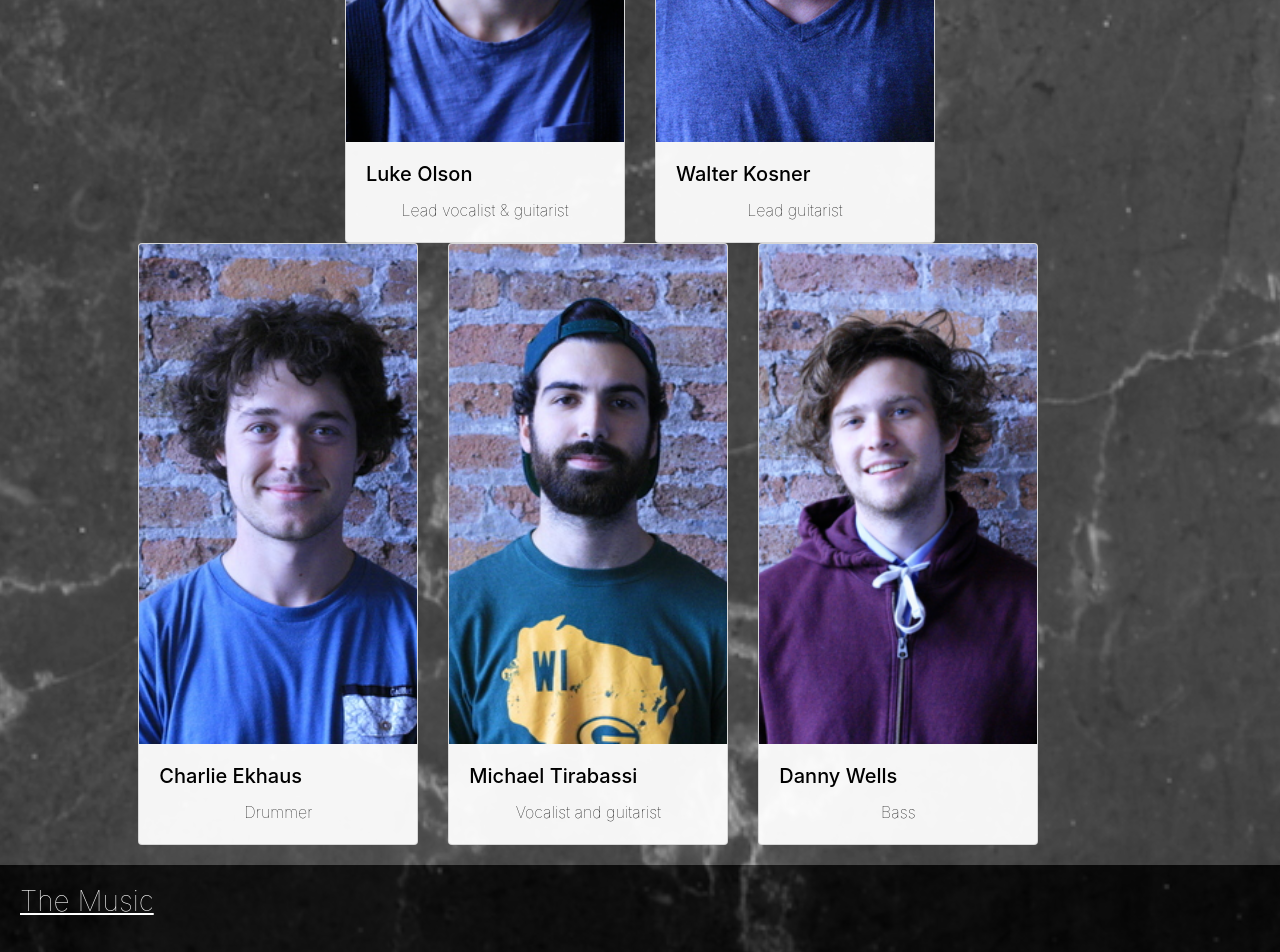
Repository: yucheng91/CIassignment1
Page: index.html
The author's editor kept a record of every edit. The page is drawn from the files as they stood at one moment, then again after the next edit.
The browser window is 1280 px wide. The pictures show the part of the page from y = 2425 to 3377 px (the page is 4621 px tall).
Pictures or frames that could not be fetched are drawn as grey boxes.

Above is the page before.

### index.html
<!doctype html>
<html lang="en">
  <head>
    <!-- Required meta tags -->
    <meta charset="utf-8">
    <meta name="viewport" content="width=device-width, initial-scale=1, shrink-to-fit=no">

    <!-- Bootstrap CSS -->
    <link rel="stylesheet" href="https://stackpath.bootstrapcdn.com/bootstrap/4.3.1/css/bootstrap.min.css" integrity="sha384-ggOyR0iXCbMQv3Xipma34MD+dH/1fQ784/j6cY/iJTQUOhcWr7x9JvoRxT2MZw1T" crossorigin="anonymous">
    <link rel="stylesheet" href="style.css" type="text/css" />
    <link rel="stylesheet" href="https://maxcdn.bootstrapcdn.com/font-awesome/4.7.0/css/font-awesome.min.css" type="text/css" />
    <title>The Walters</title>
  </head>

  <body>
    <header>
      <div class="container-fluid">
      <div class="row">
        <div class="col-10">
          <h1>THE WALTERS</h1>
        </div>
        <div class="col-2">
          <a href="https://www.facebook.com"><i class="fa fa-facebook-square fa-2x" aria-hidden="true"></i></a>
          <a href="https://www.twitter.com"><i class="fa fa-twitter-square fa-2x" aria-hidden="true"></i></a>
          <a href="https://www.youtube.com"><i class="fa fa-youtube-square fa-2x" aria-hidden="true"></i></a>
        </div>
      </div>
    </div>
  <div class="border"></div>
  </header>

  <a name="Home"/>
<div id="carouselExampleControls" class="carousel slide" data-ride="carousel">
  <div class="carousel-inner">
    <div class="carousel-item active">
      <img class="d-block w-100" src="images/c1.jpg" alt="First slide">
    </div>
    <div class="carousel-item">
      <img class="d-block w-100" src="images/c2.jpg" alt="Second slide">
    </div>
    <div class="carousel-item">
      <img class="d-block w-100" src="images/c3.jpg" alt="Third slide">
    </div>
  </div>
  <a class="carousel-control-prev" href="#carouselExampleControls" role="button" data-slide="prev">
    <span class="carousel-control-prev-icon" aria-hidden="true"></span>
    <span class="sr-only">Previous</span>
  </a>
  <a class="carousel-control-next" href="#carouselExampleControls" role="button" data-slide="next">
    <span class="carousel-control-next-icon" aria-hidden="true"></span>
    <span class="sr-only">Next</span>
  </a>
</div>
    <div class="border"></div>

  <section class="upcomingshow">
    <div>
      <h2>Upcoming Shows 2019</h2>
      <div class="container-fluid">
        <div class="row">
          <div class="col-12 col-md-3">
            <p>26-27 JUL</p>
          </div>
          <div class="col-12 col-md-6">
            <p>Hard Rock Hotel, Resort World Sentosa</p>
          </div>
          <div class="col-12 col-md-3 text-center">
            <a href="https://www.eventbrite.sg"><button type="button" class="btn btn-dark">RSVP</button></p></a>
         </div>
        </div>

        <div class="row">
          <div class="col-12 col-md-3">
            <p>30-31 AUG</p>
          </div>
          <div class="col-12 col-md-6">
            <p>Hard Rock Cafe, Orchard Singapore</p>
          </div>
          <div class="col-12 col-md-3 text-center">
            <a href="https://www.eventbrite.sg"><button type="button" class="btn btn-dark">RSVP</button></p></a>
          </div>
        </div>
        <div class="row">
          <div class="col-12 col-md-3">
            <p>27-28 SEP</p>
          </div>
          <div class="col-12 col-md-6">
            <p>Hard Rock Hotel, Resort World Sentosa</p>
          </div>
          <div class="col-12 col-md-3 text-center">
            <a href="https://www.eventbrite.sg"><button type="button" class="btn btn-dark">RSVP</button></p></a>
          </div>
        </div>
        <div class="row">
          <div class="col-12 col-md-3">
            <p>27-28 SEP</p>
          </div>
          <div class="col-12 col-md-6">
            <p>Hard Rock Hotel, Resort World Sentosa</p>
          </div>
          <div class="col-12 col-md-3 text-center">
            <a href="https://www.eventbrite.sg"><button type="button" class="btn btn-dark">RSVP</button></p></a>
          </div>
        </div>
      </div>
      </section>

    <section>
    <div class="members">
    <a name="TheWalters"/>
    <h3>The Walters</h3>
    <img src="images/groupphoto.jpeg" class="img-fluid rounded" alt="Responsive image">
    <br><br>
    <p>The Walters were an unsigned five-piece indie rock band from Chicago, Illinois. As of 2017 they had released two albums and three singles and were touring the United States on their first national tour.</p>
    <p>The band formed in Chicago Illinois in 2014 after the band's guitarist and namesake Walter Kosner moved from Connecticut to Chicago in an attempt to attend DePaul University. After dropping out of the school, Kosner recruited the rest of the band members who eventually would form The Walters. That same year the band released their first recorded effort, Songs for Dads. The release saw the band charting on Spotify's United States Viral Top 50. This caught the attention of Mario Cuomo,singer of The Orwells, who brought the band's music to Canvasback Records. As part of the label's ongoing monthly singles series, Canvasclub, The Walters released two songs, entitled "Hunk Beach" and "I Want to Be Good".Their song "I Love You So" has earned over 11,000,000 views on YouTube since 2014. In a 2015 interview with Ben Niesdopziany from These Days[8] the band stated that the names of their EPs and singles are not always reflective of the music's content and were instead chosen for their humor or because the band liked the name. During 2015 the band also recorded their second full-length effort, Young Men, which was also an independently recorded and distributed release.</p>
      <div class="container-fluid">
        <div class="row">
          <div class="col-3"></div>
          <div class="col-12 col-md-3 card-padding">
            <div class="card">
              <img class="card-img-top" src="images/LukeOlson.png" alt="Card image cap">
              <div class="card-body">
                <h5 class="card-title">Luke Olson</h5>
                <p class="card-text">Lead vocalist & guitarist</p>
              </div>
            </div>
          </div>
          <div class="col-12 col-md-3 card-padding">
            <div class="card">
              <img class="card-img-top" src="images/walterkosner.png" alt="Card image cap">
              <div class="card-body">
                <h5 class="card-title">Walter Kosner</h5>
                <p class="card-text">Lead guitarist</p>
              </div>
            </div>
          </div>
          <div class="col-3"></div>
        </div>
        <div class="row">
          <div class="col-1"></div>
           <div class="col-12 col-md-3 card-padding">
            <div class="card">
              <img class="card-img-top" src="images/CharlieEkhaus.jpeg" alt="Card image cap">
              <div class="card-body">
                <h5 class="card-title">Charlie Ekhaus</h5>
                <p class="card-text">Drummer</p>
              </div>
            </div>
          </div>
           <div class="col-12 col-md-3 card-padding">
            <div class="card">
              <img class="card-img-top" src="images/MJTirabassi.jpeg" alt="Card image cap">
              <div class="card-body">
                <h5 class="card-title">Michael Tirabassi</h5>
                <p class="card-text">Vocalist and guitarist</p>
              </div>
            </div>
          </div>
           <div class="col-12 col-md-3 card-padding">
            <div class="card">
              <img class="card-img-top" src="images/DannyWells.png" alt="Card image cap">
              <div class="card-body">
                <h5 class="card-title">Danny Wells</h5>
                <p class="card-text">Bass</p>
              </div>
            </div>
          </div>
          <div class="col-1"></div>
        </div>
      </div>
    </div>
    </section>


    <section>
      <div class="music">
        <a name="Music"/>
          <h3>The Music</h3>
            <div class="container-fluid">
              <div class="row">
                <div class="col-2"></div>
                <div class="col-12 col-md-4">
                  <iframe src="https://open.spotify.com/embed/album/3MFTbUnA8C9T6KCBb0gpH5" style="border: 0; width: 100%; height: 380px;" allowfullscreen allow="autoplay; encrypted-media"></iframe>
                </div>
                <div class="col-12 col-md-4">
                  <iframe src="https://open.spotify.com/embed/album/5ADia0t4o7pA8dyi8jRA4E" style="border: 0; width: 100%; height: 380px;" allowfullscreen allow="autoplay; encrypted-media"></iframe>
                </div>
              <div class="col-2"></div>
          </div>
    </section>

    <section>
    <div class="video">
    <a name="Video"/>
    <h3>The Video</h3><br/>
      <div class="embed-responsive embed-responsive-16by9">
        <iframe class="embed-responsive-item" src="https://www.youtube.com/embed/5zfrnme2nJ4" allowfullscreen></iframe>
      </div>
    </div>
    </section>

    <footer>
    <div class="navbar">
      <ul class="nav justify-content-start">
      <li class="nav-item">
        <a class="nav-link active" href="#Home">HOME</a>
      </li>
      <li class="nav-item">
        <a class="nav-link" href="#TheWalters">THE WALTERS</a>
      </li>
      <li class="nav-item">
        <a class="nav-link" href="#Music">MUSIC</a>
      </li>
      <li class="nav-item">
        <a class="nav-link" href="#Video">VIDEO</a>
      </li>
    </ul>
    </div>
    </footer>

    <!-- Optional JavaScript -->
    <!-- jQuery first, then Popper.js, then Bootstrap JS -->
    <script src="https://code.jquery.com/jquery-3.3.1.slim.min.js" integrity="sha384-q8i/X+965DzO0rT7abK41JStQIAqVgRVzpbzo5smXKp4YfRvH+8abtTE1Pi6jizo" crossorigin="anonymous"></script>
    <script src="https://cdnjs.cloudflare.com/ajax/libs/popper.js/1.14.7/umd/popper.min.js" integrity="sha384-UO2eT0CpHqdSJQ6hJty5KVphtPhzWj9WO1clHTMGa3JDZwrnQq4sF86dIHNDz0W1" crossorigin="anonymous"></script>
    <script src="https://stackpath.bootstrapcdn.com/bootstrap/4.3.1/js/bootstrap.min.js" integrity="sha384-JjSmVgyd0p3pXB1rRibZUAYoIIy6OrQ6VrjIEaFf/nJGzIxFDsf4x0xIM+B07jRM" crossorigin="anonymous"></script>
  </body>
</html>

### style.css
body {
    color:white;
    font-weight: 100;
    background-image: url("images/background.jpg");
    background-position: center;
    background-size:cover;
}

.container-fluid h1 {
    font-weight: 100;
    padding-top: 12px;
    text-decoration: underline;
}

.container-fluid p {
    text-align:center;
}

.border {
    height:3px;
    background-color:grey;
    border:0;
    padding:0;
    color:grey;
}

.navbar  {
    position: fixed;
    bottom: 0;
    width: 100%;
    color: white;
    font-weight:100;
    background-color: #151516;
    padding:0 ;
}

.col-2 {
    padding:20px;
    text-align:right;
}

a {
    color:white;
}

.upcomingshow {
        background:rgba(0, 0, 0, 0.5);
}

.upcomingshow h2{
    text-align:center;
    padding-top: 20px;
    padding-bottom: 20px;
    text-decoration:underline;
    font-weight:100;
}

.nobullet {
    list-style-type: none;
    padding-bottom:40px;
    text-align:left;
}

footer {
    bottom:0 ;
    width: 100%;
}

.rsvpbutton {
    border:1px solid white;
}

img {
    height: 500px;
    width: 100%;
    object-fit: cover;
}

.members {
    padding:20px;
    background-color:rgba(242, 242, 242,0.2);
}

.music {
    padding:20px;
    background-color:rgba(0, 0, 0, 0.5);
}

h3 {
    font-weight:100;
    text-decoration: underline;
}

.video {
    padding:20px;
    padding-bottom:80px;
}

.card {
    color:black;
    background:rgba(255, 255, 255,0.95);
}

.spotify {
    display: block;
    margin-left: auto;
    margin-right: auto;
}

.spotify {
    display: block;
    margin-left: auto;
    margin-right: auto;
}

@media (max-width: 767px) {
    body {
        font-size: 15px;
    }

    h1 {
        font-size: 27px;
    }

    h2 {
        font-size: 20px;
    }

    p {
        font-size: 15px;
    }

    navbar {
        font-size: 15px;
    }

}

@media (max-width:359px) {
    section {
        padding-bottom:76px;
    }
}

After the next edit:
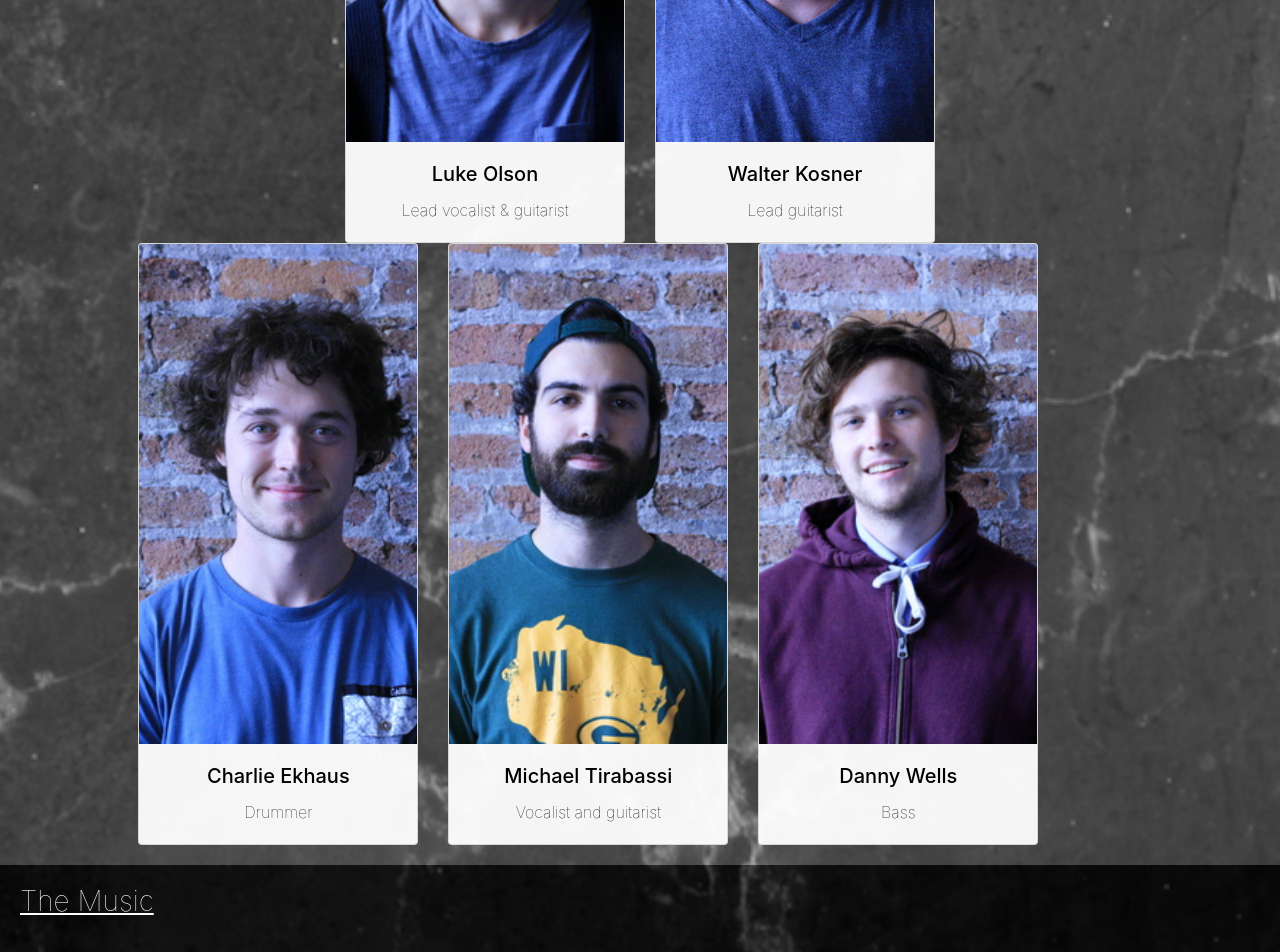
The edit:
--- a/style.css
+++ b/style.css
@@ -99,12 +99,7 @@
 .card {
     color:black;
     background:rgba(255, 255, 255,0.95);
-}
-
-.spotify {
-    display: block;
-    margin-left: auto;
-    margin-right: auto;
+    text-align:center;
 }
 
 .spotify {
